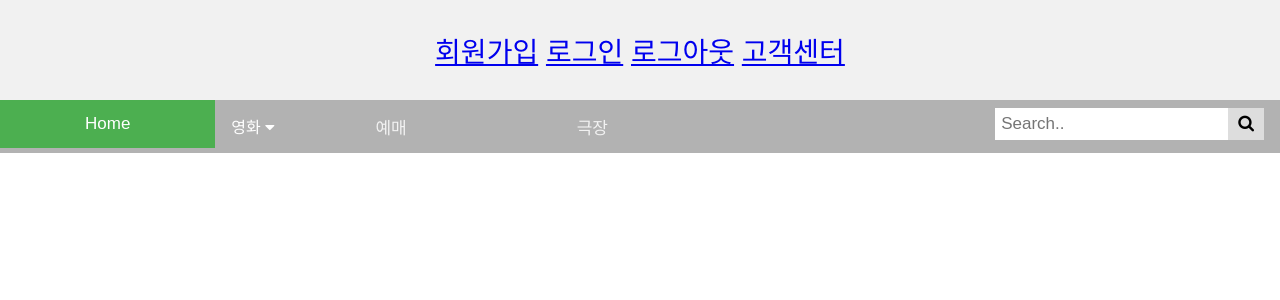
Repository: seulgi-code/MovieBox
Page: http://localhost/web/pages_css/header2.jsp
These files come from the project's save history. The page is drawn as it stood at one moment and after the next save; the edit follows.
The browser window is 1280 px wide. The pictures show the whole page.
The page is served by Tomcat 9. Other server files are loaded and not shown.

Above is the page before, as saved 2020-08-07 07:39:17.

### web/src/main/webapp/pages_css/header2.jsp
<%@ page language="java" contentType="text/html; charset=UTF-8"
	pageEncoding="UTF-8"%>
<!DOCTYPE html>
<html>
<head>
<link rel="stylesheet"
	href="https://cdnjs.cloudflare.com/ajax/libs/font-awesome/4.7.0/css/font-awesome.min.css">
<style>


* {
	box-sizing: border-box;
}

body {
	margin: 0;
	font-size: 28px;
	font-family: Arial, Helvetica, sans-serif;
}

.header {
	background-color: #f1f1f1;
	padding: 30px;
	text-align: center;
}

#navbar {
	overflow: hidden;
	background-color: rgba(0, 0, 0, .3);
}

#navbar a {
	float: left;
	display: block;
	color: #f2f2f2;
	text-align: center;
	padding: 14px 85px;
	text-decoration: none;
	font-size: 17px;
}

#navbar a:hover {
	background-color: #ddd;
	color: black;
}

#navbar a.active {
	background-color: #4CAF50;
	color: white;
}

.content {
	padding: 16px;
}

.sticky {
	position: fixed;
	top: 0;
	width: 100%;
}

.sticky+.content {
	padding-top: 60px;
}

#navbar .search-container {
	float: right;
}

#navbar input[type=text] {
	padding: 6px;
	margin-top: 8px;
	font-size: 17px;
	border: none;
}

#navbar .search-container button {
	float: right;
	padding: 6px 10px;
	margin-top: 8px;
	margin-right: 16px;
	background: #ddd;
	font-size: 17px;
	border: none;
	cursor: pointer;
}

#navbar .search-container button:hover {
	background: #ccc;
}

@media screen and (max-width: 600px) {
	#navbar .search-container {
		float: none;
	}
	#navbar a, .topnav input[type=text], #navbar .search-container button {
		float: none;
		display: block;
		text-align: left;
		width: 100%;
		margin: 0;
		padding: 14px;
	}
	#navbar input[type=text] {
		border: 1px solid #ccc;
	}
}

.dropdown {
	float: left;
	overflow: hidden;
}

.dropdown .dropbtn {
	font-size: 16px;
	border: none;
	outline: none;
	color: white;
	padding: 14px 16px;
	background-color: inherit;
	font-family: inherit;
	margin: 0;
}

.dropdown-content {
	display: none;
	position: absolute;
	background-color: #f9f9f9;
	min-width: 160px;
	box-shadow: 0px 8px 16px 0px rgba(0, 0, 0, 0.2);
	z-index: 1;
}

.dropdown-content a {
	float: none;
	color: black;
	padding: 12px 16px;
	text-decoration: none;
	display: block;
	text-align: left;
}

.dropdown-content a:hover {
	background-color: #ddd;
}

.dropdown:hover .dropdown-content {
	display: block;
}
</style>
</head>
<body>
	<header >
		<div class="header">
				<div>
					<a href="signup.do" id="signup">회원가입</a>
					<!--로그인시 hidden 처리되게  -->
					<a href="signin.do" id="sign">로그인</a>
					<!--로그인시 '로그아웃'으로 바뀌게 하기  -->
					<a href="logOut.do" id="logOut">로그아웃</a>
					<!--로그인시 '로그아웃'으로 바뀌게 하기  -->
					<a href="boardList.do">고객센터</a>
				</div>
		</div>
		<div class="delicious-main-menu">
			<div class="classy-nav-container breakpoint-off">
				<div id="navbar">
					<a id="navbar-contents" class="active" href="javascript:void(0)">Home</a>
					<div class="dropdown">
						<button class="dropbtn">
							영화 <i class="fa fa-caret-down"></i>
						</button>
						<div class="dropdown-content">
							<a href="#">전체영화</a> <a href="#">무비파인더</a>
						</div>
					</div>
					<a id="navbar-contents" href="javascript:void(0)">예매</a> <a
						id="navbar-contents" href="javascript:void(0)">극장</a>

					<div class="search-container">
						<form action="/action_page.php">
							<input type="text" placeholder="Search.." name="search">
							<button type="submit">
								<i class="fa fa-search"></i>
							</button>
						</form>
					</div>
				</div>
			</div>
		</div>
	</header>
	<script>
		window.onscroll = function() {
			myFunction()
		};

		var navbar = document.getElementById("navbar");
		var sticky = navbar.offsetTop;

		function myFunction() {
			if (window.pageYOffset >= sticky) {
				navbar.classList.add("sticky")
			} else {
				navbar.classList.remove("sticky");
			}
		}
	</script>

</body>

</html>

After the next save:
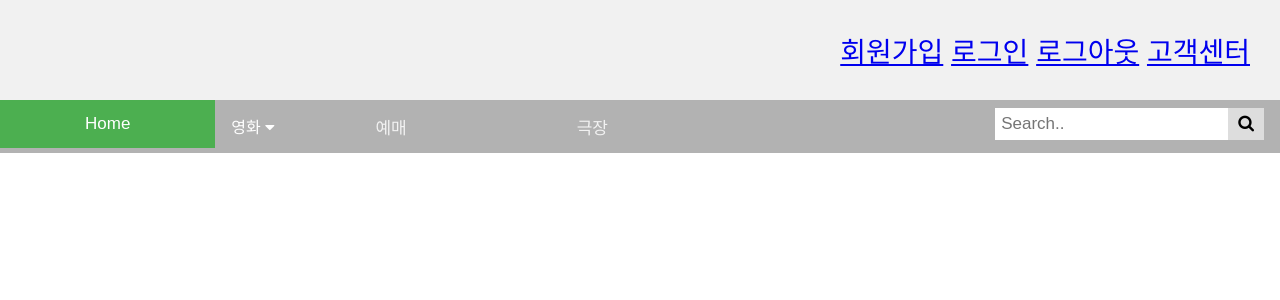
Saved 5 s later.
--- a/web/src/main/webapp/pages_css/header2.jsp
+++ b/web/src/main/webapp/pages_css/header2.jsp
@@ -23,6 +23,13 @@ body {
 	padding: 30px;
 	text-align: center;
 }
+ /* header - 맨위  */
+ .header  div {
+ 	text-align: right;
+
+ }
+
+ /* header - 맨위  */
 
 #navbar {
 	overflow: hidden;
